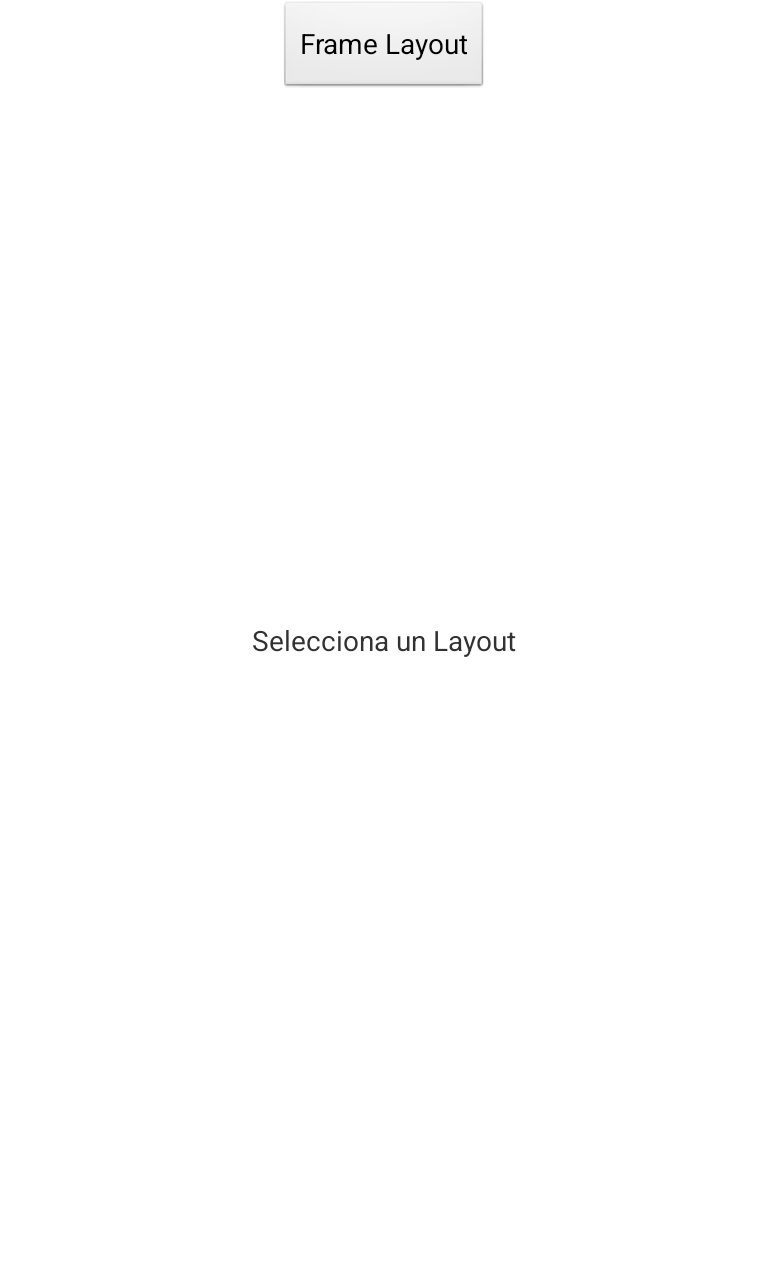
Repository: rocapal/cursoAndroidURJC
Layout: 2ndEdition/beatriz.munozmanso/ActivitiesAndRelatives/res/layout/activity_main.xml
The author's editor kept a copy of each file at every save. The layout is drawn from the files as they stood at one save, then again after the next save.
It is drawn on a 768 x 1280 px phone screen (xhdpi) without system bars, with theme AppTheme; the app's code is not run.

Above is the layout before, as saved 2013-02-04 15:51:17.

After the next save:
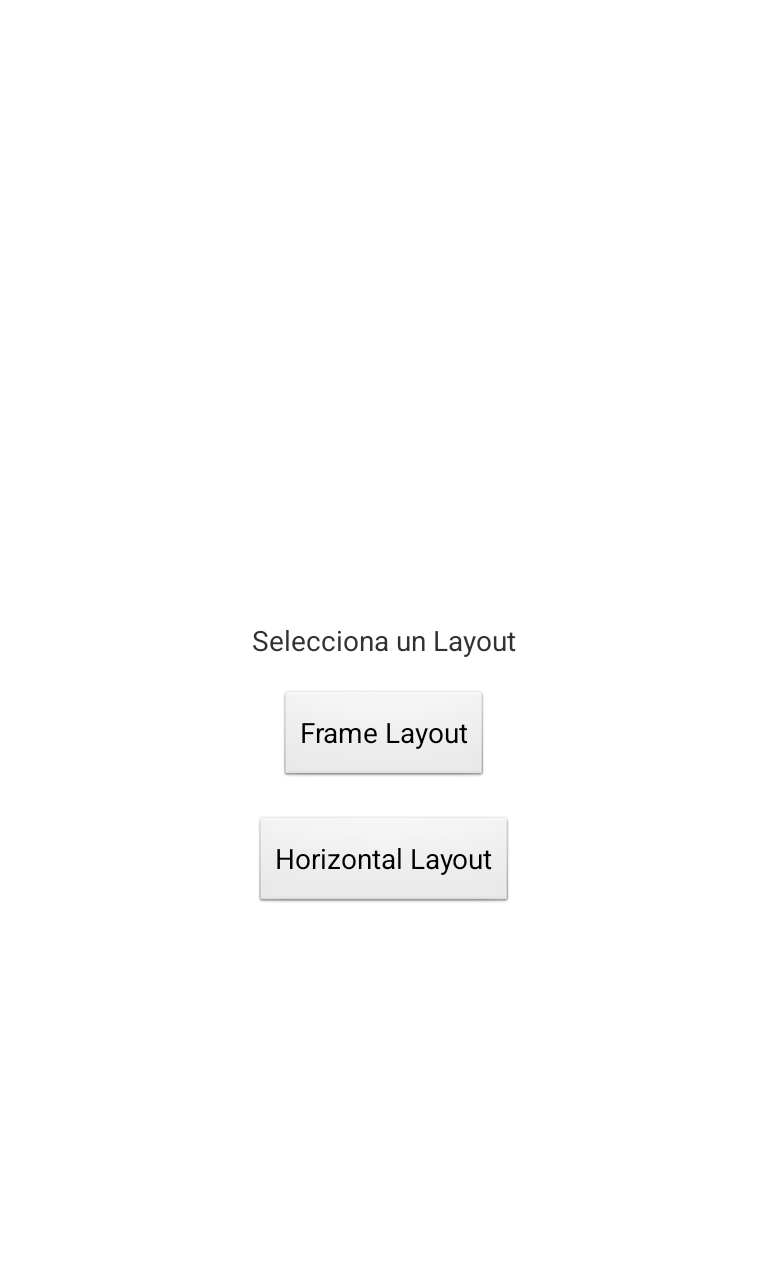
Saved 4 min 30 s later.
--- a/2ndEdition/beatriz.munozmanso/ActivitiesAndRelatives/res/layout/activity_main.xml
+++ b/2ndEdition/beatriz.munozmanso/ActivitiesAndRelatives/res/layout/activity_main.xml
@@ -5,16 +5,29 @@
     tools:context=".MainActivity" >
 
     <TextView
+        android:id = "@+id/texto"
         android:layout_width="wrap_content"
         android:layout_height="wrap_content"
         android:layout_centerHorizontal="true"
         android:layout_centerVertical="true"
-        android:text="@string/select" />
+        android:text="@string/select"
+        android:layout_marginTop="15dip"
+    	android:layout_marginBottom="15dip"/>
     <Button
+        android:id = "@+id/frame"
         android:layout_width="wrap_content"
         android:layout_height="wrap_content"
         android:layout_centerHorizontal="true"
         android:text="@string/frame"
-        />
+        android:layout_below="@+id/texto"
+        android:layout_marginBottom="15dip"/>
+    <Button
+        android:id = "@+id/horiz"
+        android:layout_width="wrap_content"
+        android:layout_height="wrap_content"
+        android:layout_centerHorizontal="true"
+        android:text="@string/horizontal"
+        android:layout_below="@+id/frame"
+        android:layout_marginBottom="15dip"/>
 
 </RelativeLayout>
